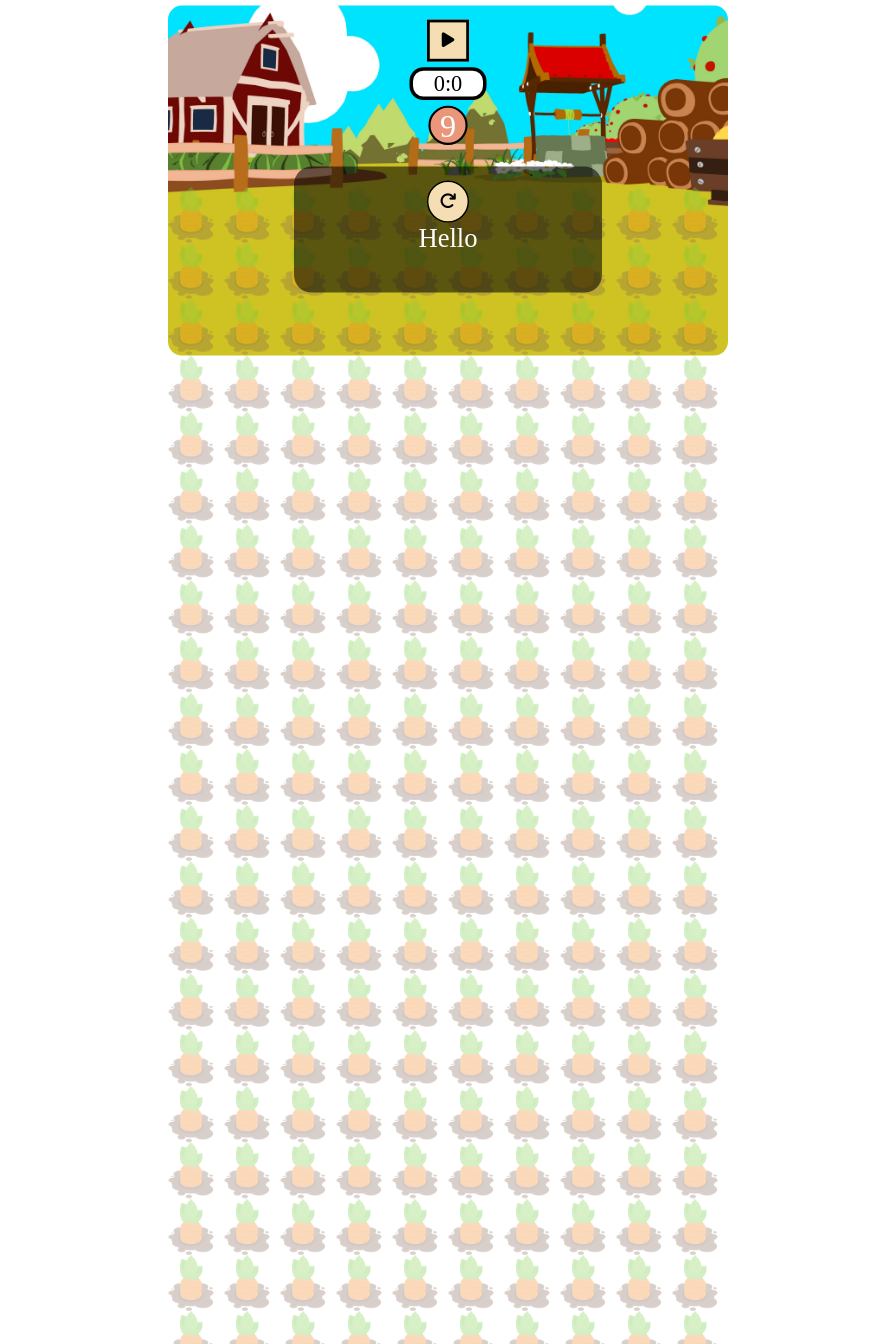
Repository: rumor1993/DreamCoding-Browser101
Page: Chapter07/ellie/index.html
These files come from the project's save history. The page is drawn as it stood at one moment and after the next save; the edit follows.
The browser window is 1280 px wide. The pictures show the part of the page from y = 0 to 1920 px (the page is 2677 px tall before and 1267 px after), at 70% of full size.
Some web libraries are served in a nearby version.

Above is the page before, as saved 2021-01-03 21:29:00.

### Chapter07/ellie/index.html
<!DOCTYPE html>
<html lang="en">
  <head>
    <meta charset="UTF-8" />
    <meta name="viewport" content="width=device-width, initial-scale=1.0" />
    <title>Document</title>
    <link rel="stylesheet" href="index.css" />
    <script src="https://kit.fontawesome.com/86c035f01d.js" crossorigin="anonymous"></script>
    <script src="index.js"></script>
  </head>
  <body>
    <section class="game">
      <header class="game-header">
        <button class="game-button">
          <i class="fas fa-play"></i>
        </button>
        <span class="game-timer">0:0</span>
        <span class="game-score">9</span>
      </header>
      <section class="game-field"></section>
    </section>
    <section class="pop-up">
      <button class="pop-up-refresh">
        <i class="fas fa-redo"></i>
      </button>
      <span class="pop-up-message">Hello</span>
    </section>
  </body>
</html>

### Chapter07/ellie/index.css
button {
  border: none;
  outline: none;
  cursor: pointer;
}

body {
  text-align: center;
}

.game {
  display: flex;
  flex-direction: column;
  width: 800px;
  height: 500px;
  margin: auto;
  background: url("../carrot/img/background.png") center/cover;
  border-radius: 20px;
}

.game-header {
  display: flex;
  flex-direction: column;
  align-items: center;
  padding: 20px;
}

.game-button {
  width: 60px;
  height: 60px;
  background-color: wheat;
  border: 4px solid black;
  font-size: 24px;
  transition: transform 300ms ease-in;
}

.game-button:hover {
  transform: scale(1.1);
}

.game-timer {
  width: 100px;
  background-color: white;
  text-align: center;
  border: 5px solid black;
  border-radius: 20px;
  font-size: 32px;
  margin-top: 8px;
}

.game-score {
  text-align: center;
  width: 50px;
  height: 50px;
  font-size: 46px;
  margin-top: 8px;
  border: 3px solid black;
  border-radius: 50%;
  background-color: darksalmon;
  color: white;
}

.game-field {
  width: 100%;
  height: 100%;
  margin-top: 40px;
  opacity: 0.3;
}

.pop-up {
  width: 400px;
  height: 140px;
  margin: auto;
  padding: 20px;
  border-radius: 25px;
  background-color: #00000090;
  color: white;
  text-align: center;
  transform: translateY(-150%);
}

.pop-up-hide {
  display: none;
}

.pop-up-refresh {
  width: 60px;
  height: 60px;
  font-size: 24px;
  background-color: wheat;
  border: 2px solid black;
  border-radius: 50%;
}

.pop-up-message {
  display: block;
  font-size: 38px;
}

.carrot {
  widows: 100%;
  height: 100%;
  background: url("../carrot/img/carrot.png");
}

### Chapter07/ellie/index.js
window.addEventListener("load", () => {
  const gameField = document.querySelector(".game-field");
  let carrotCount = 10;

  for (let i = 0; i < carrotCount; i++) {
    createCarrot();
    createBug();
  }

  function createCarrot() {
    const carrot = document.createElement("div");
    carrot.setAttribute("class", "carrot");
    gameField.appendChild(carrot);
  }

  function createBug() {
    const bug = document.createElement("div");
    bug.setAttribute("class", "bug");
    gameField.appendChild(bug);
  }
});

After the next save:
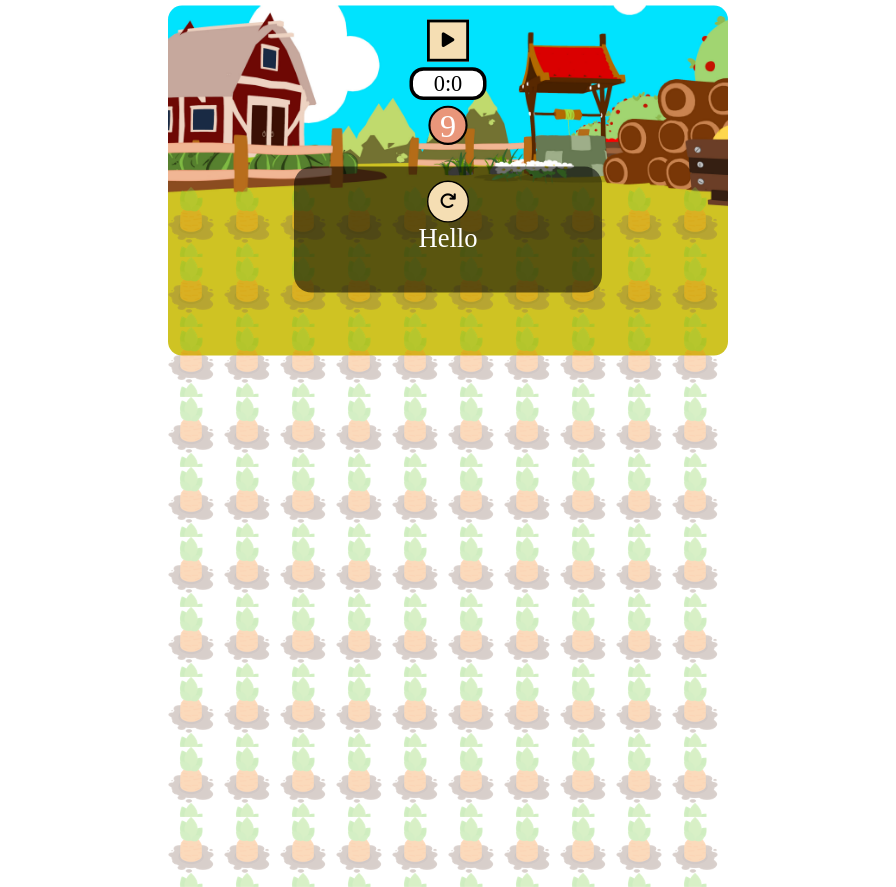
Saved 33 s later.
--- a/Chapter07/ellie/index.css
+++ b/Chapter07/ellie/index.css
@@ -98,7 +98,7 @@
 }
 
 .carrot {
-  widows: 100%;
-  height: 100%;
+  widows: 100px;
+  height: 100px;
   background: url("../carrot/img/carrot.png");
 }

After the 3 saves that followed:
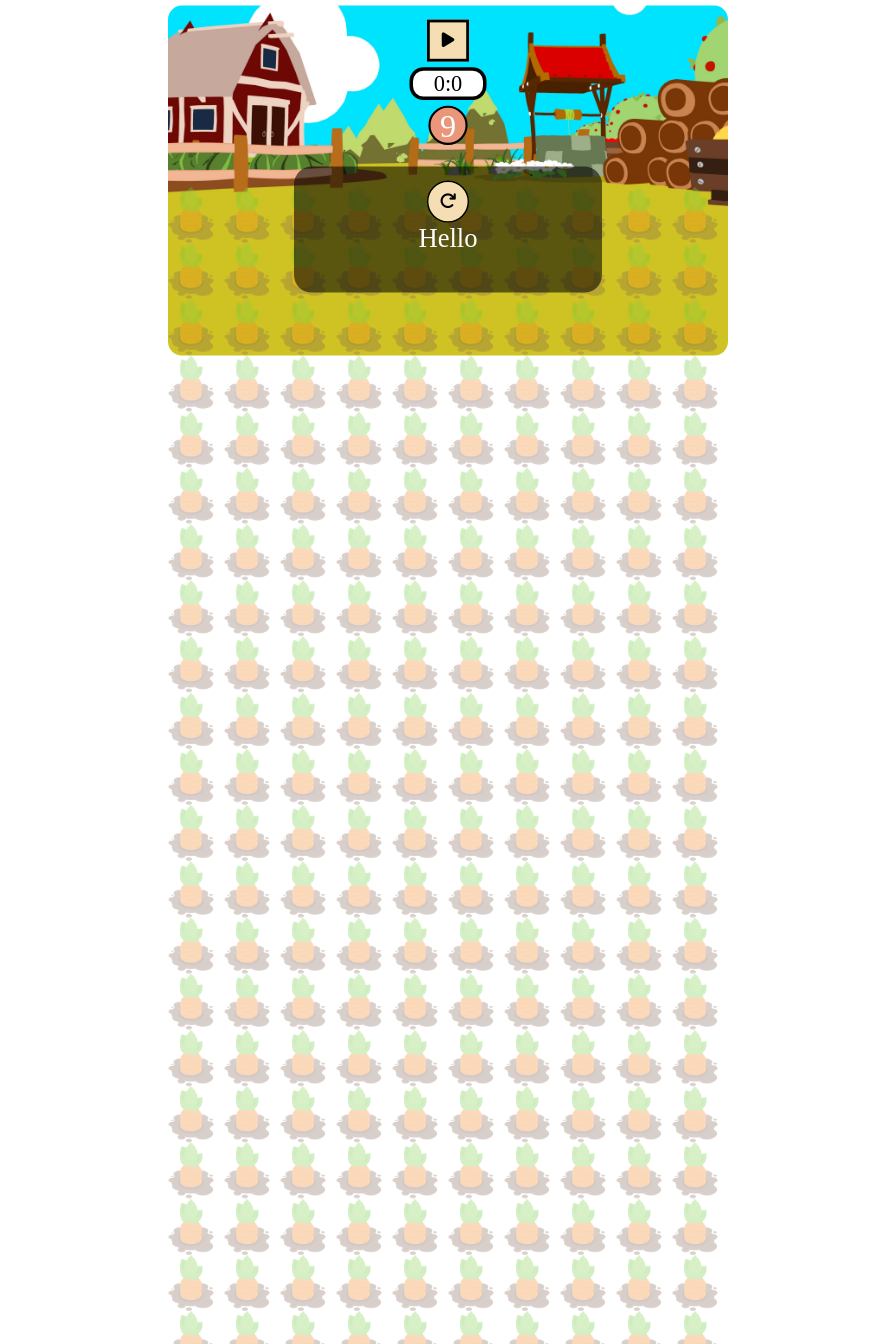
The 3 saves are shown as one change because they came seconds apart.
The last was saved 10 s later.
--- a/Chapter07/ellie/index.css
+++ b/Chapter07/ellie/index.css
@@ -98,7 +98,8 @@
 }
 
 .carrot {
-  widows: 100px;
-  height: 100px;
+  widows: 100%;
+  height: 100%;
+  background-repeat: no-repeat;
   background: url("../carrot/img/carrot.png");
 }
